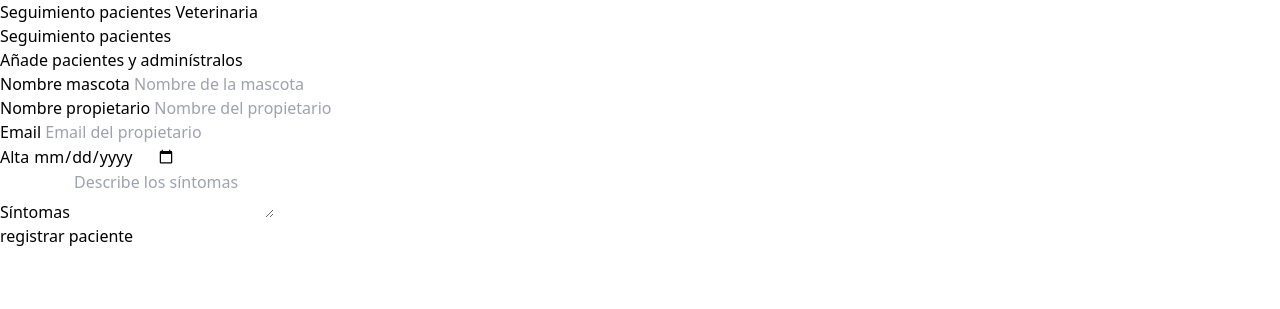
Repository: jpatino1806/Veterinaria
Page: /
An editor plug-in stored every save of this project. The page is shown before and after the next save, followed by the edit.
The browser window is 1280 px wide. The pictures show the whole page.
The project was rebuilt for these pictures with package versions that can differ from the ones it lists, and the page was loaded fresh each time. Also part of the build but not shown: vite.config.js, src/components/Alerta.vue.

Above is the page before, as saved 2025-01-01 22:37:34.

After the next save:
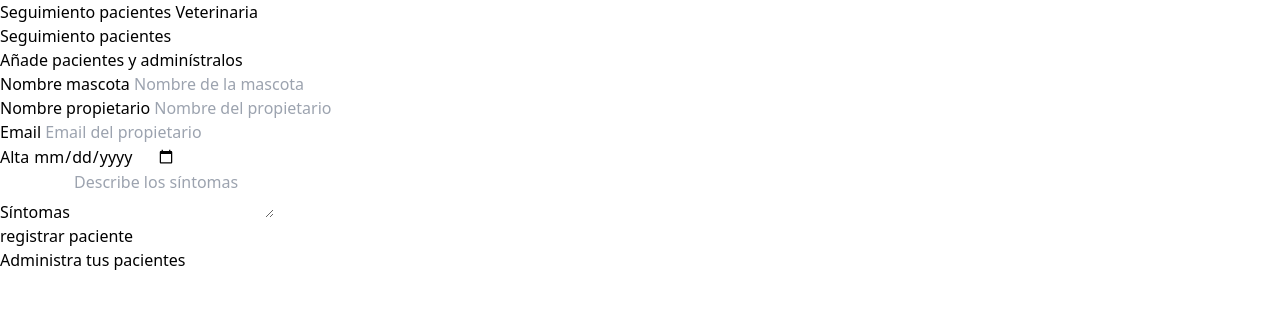
Saved 13 h 14 min later.
--- a/src/App.vue
+++ b/src/App.vue
@@ -8,6 +8,10 @@ import Formulario from './components/Formulario.vue'
     <Header />
     <div class="mt-12 md:flex">
       <Formulario />
+      <div class="md:w-1/2 md:h-screen overflow-y-scroll">
+        <h3 class="font-black text-3xl text-center ">Administra tus pacientes</h3>
+
+      </div>
 
     </div>
   </div>
